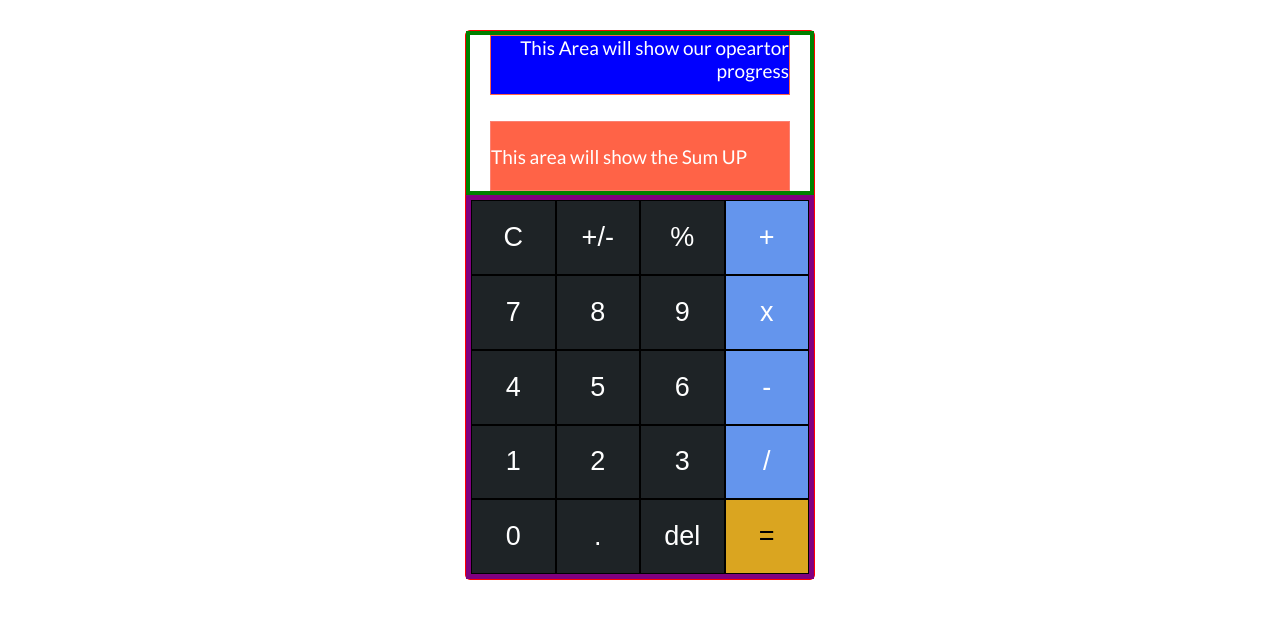
Repository: OfirLana/Calculator
Page: index.html
An editor plug-in stored every save of this project. The page is shown before and after a run of saves, followed by the edit.
The browser window is 1280 px wide. The pictures show the whole page.

Above is the page before, as saved 2019-03-12 21:26:06.

After the next 2 saves:
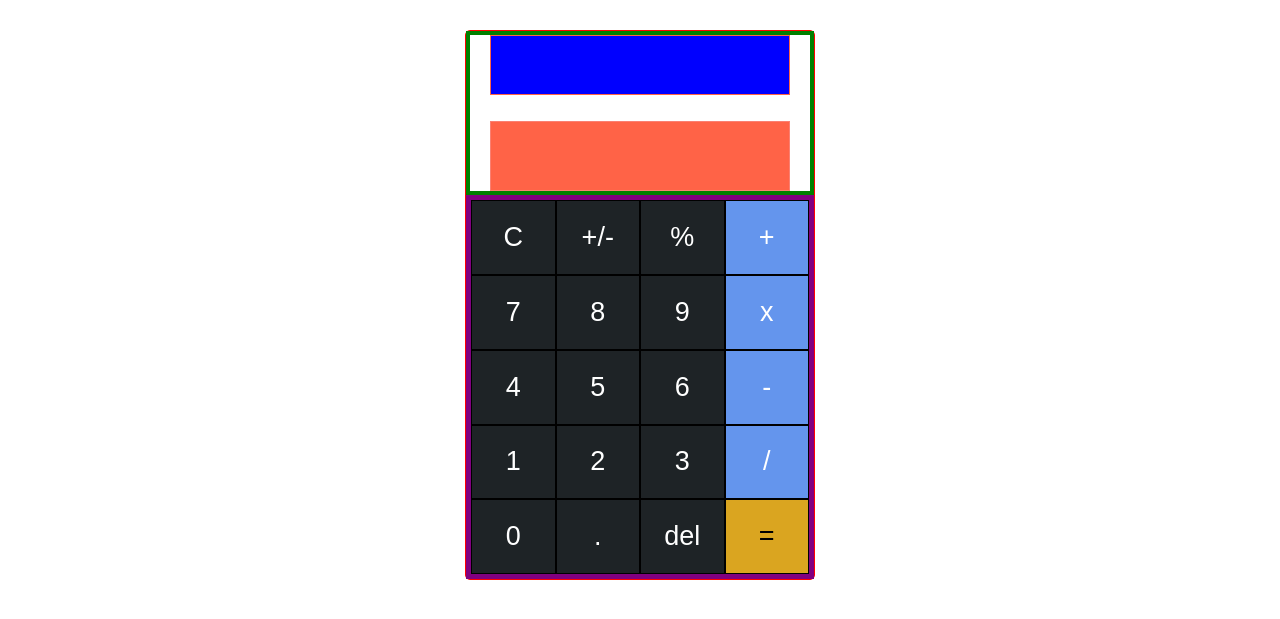
The 2 saves are shown as one change because they came seconds apart.
The last was saved 39 min 17 s later.
--- a/index.html
+++ b/index.html
@@ -15,12 +15,12 @@
         <div class="output_box">
             <div class="main_output">
 
-                This Area will show our opeartor progress
+
 
             </div>
             <div class="sub_output">
 
-               This area will show the Sum UP
+
 
             </div>
         </div>
